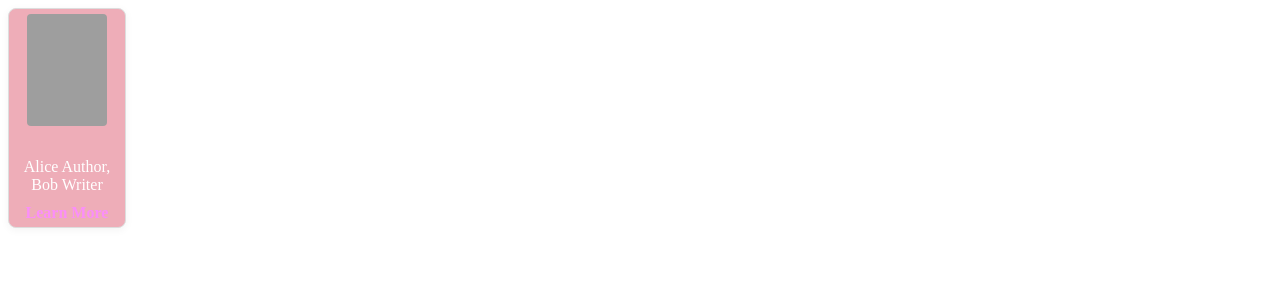
Repository: Micaelavalmores/BookCatalog
Page: /
An editor plug-in stored every save of this project. The page is shown before and after the next save, followed by the edit.
The browser window is 1280 px wide. The pictures show the whole page.
Pictures or frames that could not be fetched are drawn as grey boxes. The project was rebuilt for these pictures with package versions that can differ from the ones it lists, and the page was loaded fresh each time. Also part of the build but not shown: vite.config.js, src/index.css.

Above is the page before, as saved 2025-09-16 22:51:38.

After the next save:
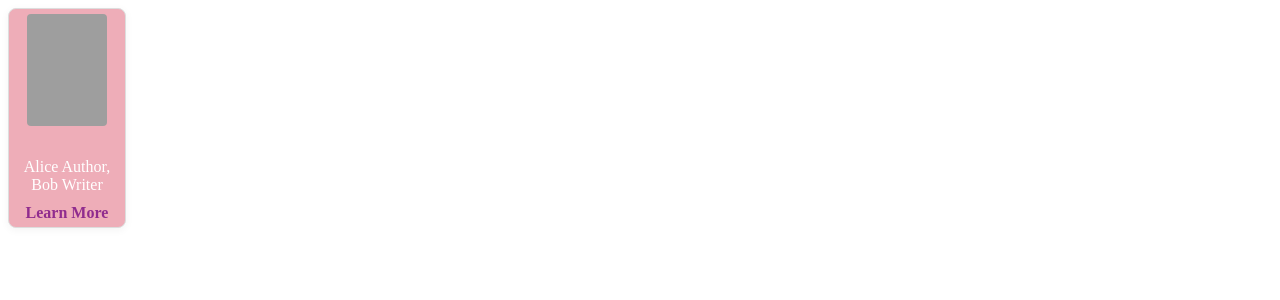
Saved 5 s later.
--- a/src/assets/book.css
+++ b/src/assets/book.css
@@ -32,7 +32,7 @@
 
   .book-link {
     display: inline-block;
-    color: #fb8ef9;
+    color: #902c8e;
     text-decoration: none;
     font-weight: bold;
     transition: color 0.2s;
